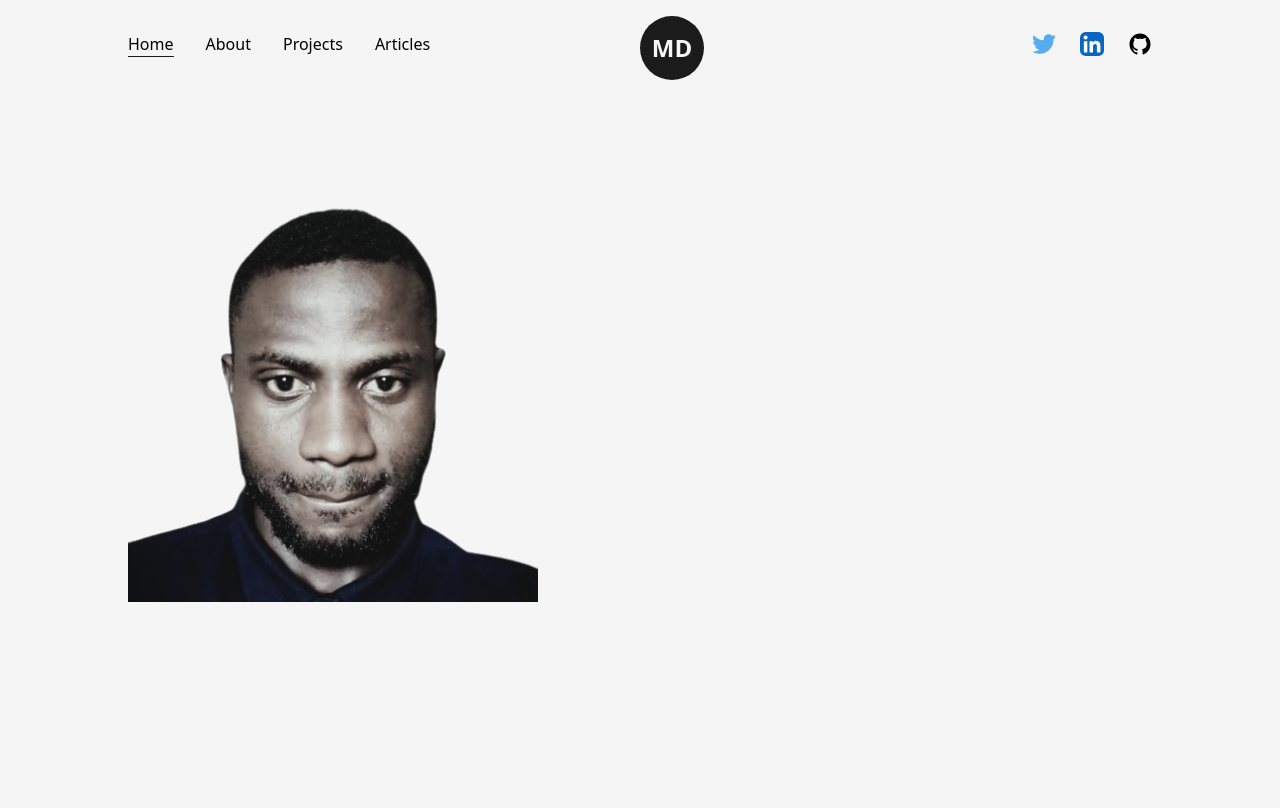
Repository: marcusdashe/situs
Page: /
These files come from the project's save history. The page is drawn as it stood at one moment and after the next save; the edit follows.
The browser window is 1280 px wide. The pictures show the whole page.
The project was rebuilt for these pictures with package versions that can differ from the ones it lists, and the page was loaded fresh each time. The framework's server and built-in components were replaced by stand-ins that run in the browser.

Above is the page before, as saved 2023-06-15 17:24:45.

After the next save:
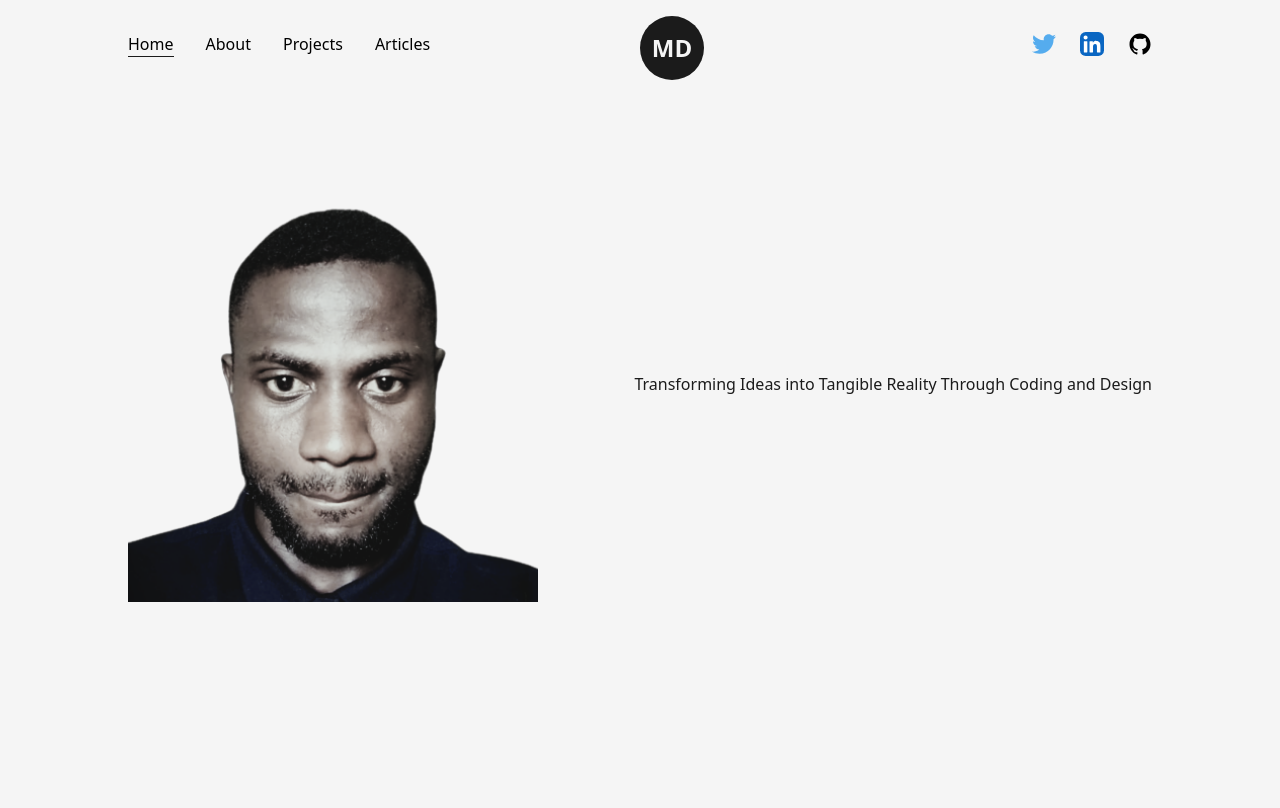
Saved 2 min 35 s later.
--- a/src/pages/index.js
+++ b/src/pages/index.js
@@ -24,7 +24,10 @@ export default function Home() {
               />
             </div>
             <div>
-              <h1></h1>
+              <h1>
+                Transforming Ideas into Tangible Reality Through Coding and
+                Design
+              </h1>
               <p></p>
             </div>
           </div>
